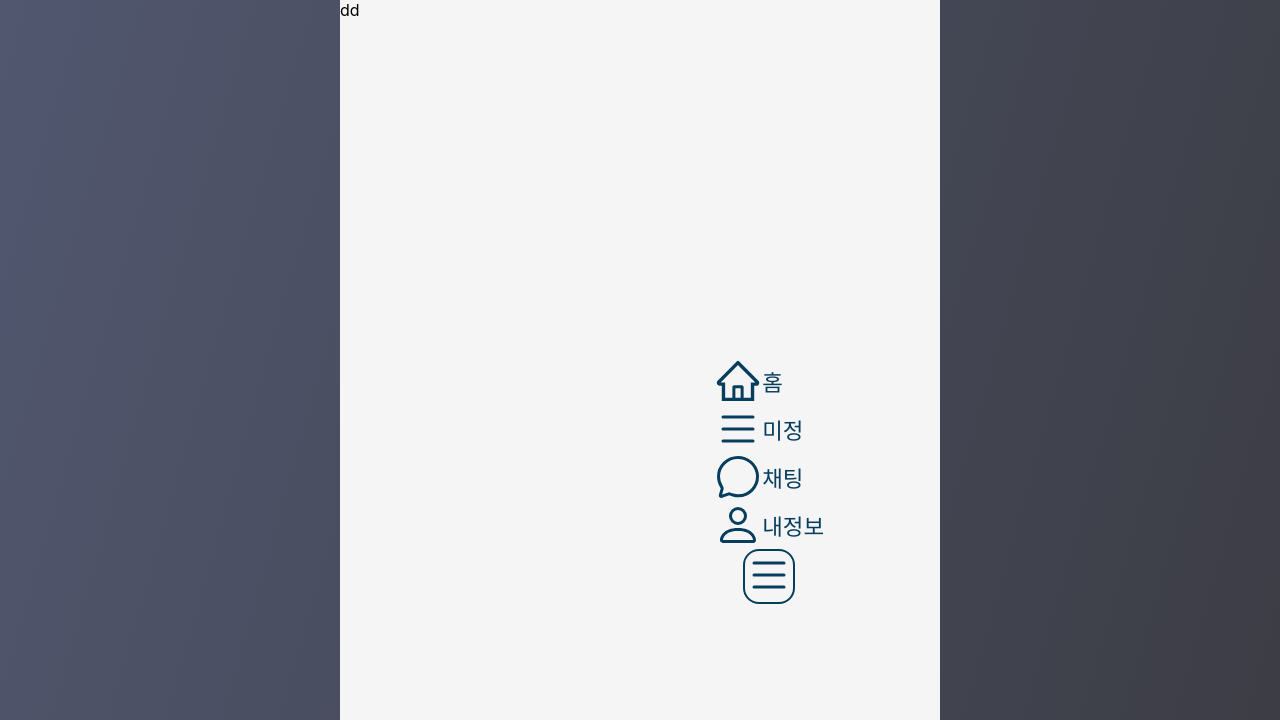
Repository: SeungYn/hanium
Page: /
An editor plug-in stored every save of this project. The page is shown before and after the next save, followed by the edit.
The browser window is 1280 px wide. The pictures show the whole page.
The project was rebuilt for these pictures with package versions that can differ from the ones it lists, and the page was loaded fresh each time. Also part of the build but not shown: src/App.css, src/components/ReadPopup/ReadPopup.module.css, src/components/ReadPopup/ReadPopup.jsx, src/pages/login/Login.jsx.

Above is the page before, as saved 2022-10-27 13:58:40.

### src/index.js
import React from 'react';
import ReactDOM from 'react-dom/client';
import './index.css';
import App from './App';

import { AuthErrorEventBus, AuthProvider } from './context/AuthContext';
import TokenStorage from './db/token';
import HttpClient from './network/http';
import AuthService from './service/auth';

const baseURL = 'https://d4a8ab3f9df191.lhr.life';
const tokenStorage = new TokenStorage();
const authErrorEventBus = new AuthErrorEventBus();
const httpClient = new HttpClient(baseURL, authErrorEventBus, tokenStorage);
const authService = new AuthService(httpClient, tokenStorage);

const root = ReactDOM.createRoot(document.getElementById('root'));
root.render(
  <React.StrictMode>
    <AuthProvider
      authService={authService}
      authErrorEventBus={authErrorEventBus}
      tokenStorage={tokenStorage}
    >
      <App authService={authService} />
    </AuthProvider>
  </React.StrictMode>
);

### src/index.css
:root {
  --color-darkBlue: #073d5d;
  --color-main: #42a5f5;
  --color-bg-dark: #f5f5f5;
  --color-bg: #fdfffd;
  --color-font: #073d5d;
  --color-accent: #073d5d;
  --color-font-accent: white;
  --color-error-bg: rgba(173, 173, 173, 0.401);
  --color-popup-bg: white;
  /* 사이즈 */
  --font-size-medium: 1.4rem;
  --font-size-small: 1rem;
}

* {
  box-sizing: border-box;
}

html,
body {
  height: 100%;
  width: 100%;
  margin: 0;
  background: rgb(81, 87, 111);
  background: linear-gradient(
    106deg,
    rgba(81, 87, 111, 1) 0%,
    rgba(60, 61, 69, 1) 100%
  );
  accent-color: var(--color-accent);
}
a {
  text-decoration: none;
  color: var(--color-font);
}
ul {
  padding: 0;
  margin: 0;
  list-style: none;
}
#root {
  height: 100%;
  width: 100%;
  max-width: 600px;
  background-color: var(--color-bg-dark);
  margin: auto;
  display: flex;
  flex-direction: column;
  position: relative;
}

button {
  cursor: pointer;
}
body {
  margin: 0;
  font-family: -apple-system, BlinkMacSystemFont, 'Segoe UI', 'Roboto', 'Oxygen',
    'Ubuntu', 'Cantarell', 'Fira Sans', 'Droid Sans', 'Helvetica Neue',
    sans-serif;
  -webkit-font-smoothing: antialiased;
  -moz-osx-font-smoothing: grayscale;
}

code {
  font-family: source-code-pro, Menlo, Monaco, Consolas, 'Courier New',
    monospace;
}

### src/App.js
import { useCallback } from 'react';
import { createBrowserRouter, RouterProvider } from 'react-router-dom';
import './App.css';
import FirstPage from './pages/firstPage/FirstPage';
import Root from './pages/Root';

// const router = createBrowserRouter([
//   {
//     path: '/',
//     element: <Root />,
//     children: [],
//   },
// ]);

function App({ authService }) {
  const router = useCallback(
    createBrowserRouter([
      {
        path: '/',
        element: <Root />,
        children: [
          { index: true, element: <FirstPage authService={authService} /> },
        ],
      },
    ]),
    [authService]
  );
  return <RouterProvider router={router} />;
}

export default App;

### src/context/AuthContext.jsx
import {
  createContext,
  createRef,
  useCallback,
  useContext,
  useEffect,
  useImperativeHandle,
  useMemo,
  useState,
} from 'react';
import ReadPopup from '../components/ReadPopup/ReadPopup';

import Login from '../pages/login/Login';

const AuthContext = createContext({});

const contextRef = createRef();

export function AuthProvider({
  authService,
  authErrorEventBus,
  children,
  tokenStorage,
}) {
  const [user, setUser] = useState(1);
  const [error, setError] = useState(null);

  const context = useMemo(() => ({}), []);

  const onLogin = async ({ loginId, password }) => {
    await authService
      .headerTokenLogin(loginId, password)
      .then((data) => {
        console.log(data);
        tokenStorage.saveUser({
          memberId: data.memberId,
          nickname: data.nickname,
        });
        setUser({ memberId: data.memberId, nickName: data.nickname });
        console.log(tokenStorage.getUser());
        return;
      })
      .catch((error) => {
        setError(error);
      });
  };

  const logout = useCallback(
    async () =>
      await authService.logout().then(() => {
        setUser(undefined);
      }),
    [authService]
  );

  useEffect(() => {
    authErrorEventBus.listen((err) => {
      console.log('err');
      console.log(err);
      setError(err);
      setUser(undefined);
      authService.logout();
    });
  }, [authErrorEventBus]);

  useEffect(() => {
    if (tokenStorage.getUser()) {
      setUser({ ...tokenStorage.getUser() });

      //nav('/');
    }

    //setUser({ token: localStorage.getItem('TOKEN') });
  }, []);

  return (
    <AuthContext.Provider value={context}>
      {user ? (
        children
      ) : (
        <>
          {error && (
            <ReadPopup content={error} onHandler={setError} type={'error'} />
          )}
          <Login authService={authService} onLogin={onLogin} />
        </>
      )}
    </AuthContext.Provider>
  );
}

export class AuthErrorEventBus {
  listen(callback) {
    this.callback = callback;
  }
  notify(error) {
    this.callback(error);
  }
}

export default AuthContext;
export const fetchToken = () => contextRef.current;
export const useAuth = () => useContext(AuthContext);

### src/db/token.js
const TOKEN = 'token';
const USER = 'user';
const USERNICKNAME = 'userNickName';
export default class TokenStorage {
  saveToken(token) {
    localStorage.setItem(TOKEN, token);
  }

  getToken() {
    return localStorage.getItem(TOKEN);
  }

  saveUser(user) {
    console.log(user);
    localStorage.setItem(USER, JSON.stringify(user));
    console.log(localStorage.getItem(USER));
  }

  getUser() {
    return JSON.parse(localStorage.getItem(USER));
  }

  clearToken() {
    console.log('토큰삭제');
    localStorage.clear(TOKEN);
  }
  clearUser() {
    console.log('유저삭제');
    localStorage.clear(USER);
  }
}

### src/network/http.js
export default class HttpClient {
  constructor(baseURL, authErrorEventBus, tokenStorage) {
    this.baseURL = baseURL;
    this.authErrorEventBus = authErrorEventBus;
    this.tokenStorage = tokenStorage;
  }

  async fetch(url, options) {
    console.log(`${this.baseURL}${url}`);
    let res = undefined;
    try {
      res = await fetch(`${this.baseURL}${url}`, {
        ...options,
        headers: {
          'Content-Type': 'application/json',
          ...options.headers,
        },
      });
    } catch (e) {
      const err = new Error('서버와 연결이 안됩니다.');
      throw err;
    }

    console.log(123);
    console.log(res);
    if (res.headers.get('Authorization')) {
      this.tokenStorage.saveToken(
        res.headers.get('Authorization').split(' ')[1]
      );
    }

    let data;
    console.log(res.headers);
    try {
      data = await res.json();
    } catch (error) {
      console.error('데이터 없어서 에러');
    }
    console.log(res);
    if (res.status > 299 || res.status < 200) {
      const message =
        data && data.message ? data.message : 'Something went wrong! 🤪';

      let error = new Error(message);

      if (res.status === 401) {
        console.log('401에러');
        error = new Error('로그인 정보가 잘 못 됐습니다.');
        this.authErrorEventBus.notify(error);
        return;
      }
      if (res.status === 400) {
        error.name = data.code ? data.code : '에러코드 등록 필요';
        console.log(error.message);
        throw error;
      }
      throw error;
    }

    return data;
  }
}

### src/service/auth.js
export default class AuthService {
  constructor(http, tokenStorage) {
    this.http = http;
    this.tokenStorage = tokenStorage;
  }

  //내 정보
  async getMyInfo() {
    const data = await this.http.fetch('/user', {
      method: 'GET',
      headers: this.getHeaders(),
    });
    return data;
  }

  //노드 /signup
  //스프링 /join
  async signup({
    nickname,
    loginId,
    password,
    email,
    sex,
    university,
    dept,
    sno,
  }) {
    console.log(nickname, loginId, password, email, sex, university, dept, sno);
    const data = await this.http.fetch('/auth/join', {
      method: 'POST',
      body: JSON.stringify({
        nickname,
        password,
        loginId,
        email,
        sex,
        university,
        dept,
        sno,
      }),
    });
    //this.tokenStorage.saveToken(data.token);
    return data;
  }

  //헤더로 토큰 받고 로그인
  async headerTokenLogin(loginId, password) {
    console.log(loginId, password);
    const data = await this.http.fetch(`/auth/login`, {
      method: 'POST',
      body: JSON.stringify({ loginId, password }),
    });
    // const res = await fetch(`${this.http.baseURL}/login`, {
    //   method: 'POST',
    //   headers: {
    //     'Content-Type': 'application/json',
    //   },
    //   body: JSON.stringify({ loginId, password }),
    // });

    // let data;
    // try {
    //   data = await res.json();
    // } catch (error) {
    //   console.error(error);
    // }

    // if (res.status > 299 || res.status < 200) {
    //   console.log('승유');
    //   const message =
    //     data && data.message ? data.message : 'Something went wrong! 🤪';
    //   const error = new Error(message);
    //   console.error('error = ', error);

    //   if (res.status === 401) {
    //     this.authErrorEventBus.notify(error);
    //   }
    //   if (res.status === 400) {
    //     error.name = data.code ? data.code : '에러코드 등록 필요';
    //     console.log(error.message);
    //     throw error;
    //   }
    //   throw error;
    // }
    // const token = res.headers.get('Authorization').split(' ')[1];
    // this.tokenStorage.saveToken(token);

    return data;
  }

  //노드서버 /idDuplicate
  //스프링서버 /duplicate-loginId
  async idDuplicateVerification(loginId) {
    const data = await this.http.fetch(`/auth/duplicate-loginId`, {
      method: 'POST',
      body: JSON.stringify({ loginId }),
    });
    return data;
  }

  async nicknameDuplicateVerification(nickname) {
    const data = await this.http.fetch(`/auth/duplicate-nickname`, {
      method: 'POST',
      body: JSON.stringify({ nickname }),
    });
    return data;
  }

  //이메일로 인증번호 받기
  async getEmailAuthenticationNumber(email) {
    console.log(email);
    const data = await this.http.fetch('/auth/mail-auth', {
      method: 'POST',
      body: JSON.stringify({
        email,
      }),
    });
    return data;
  }

  //인증번호 확인
  async authenticationNumberVerification(number) {
    const data = await this.http.fetch('/auth/mailcode-auth', {
      method: 'POST',
      body: JSON.stringify({
        code: number,
      }),
    });
    return data;
  }
  //노드서버 auth/login
  async login(loginId, password) {
    const data = await this.http.fetch('/auth/login', {
      method: 'POST',
      body: JSON.stringify({ loginId, password }),
    });
    this.tokenStorage.saveToken(data.token);
    return data;
  }

  async test() {
    const data = await this.http.fetch('/user', {
      method: 'GET',
      headers: this.getHeaders(),
    });
    return data;
  }

  async me() {
    const token = this.tokenStorage.getToken();
    return this.http.fetch('/me', {
      method: 'GET',
      headers: { Authorization: `Bearer ${token}` },
    });
  }

  async logout() {
    this.tokenStorage.clearToken();
    this.tokenStorage.clearUser();
  }

  getHeaders() {
    const token = this.tokenStorage.getToken();
    return {
      Authorization: `Bearer ${token}`,
    };
  }
}

### src/pages/firstPage/FirstPage.jsx
import React from 'react';

export default function FirstPage() {
  return <div>dd</div>;
}

### src/pages/Root.jsx
import React from 'react';
import { Outlet } from 'react-router-dom';
import Navbar from '../components/Navbar/Navbar';

export default function Root() {
  return (
    <>
      <Outlet />
      <Navbar />
    </>
  );
}

### src/components/Navbar/Navbar.jsx
import React, { useRef, useState } from 'react';
import { NavLink } from 'react-router-dom';
import styles from './Navbar.module.css';
import { AiOutlineHome } from 'react-icons/ai';
import { BsList, BsPerson } from 'react-icons/bs';
import { IoChatbubbleOutline } from 'react-icons/io5';
import { IconContext } from 'react-icons';

export default function Navbar() {
  const navMenuRef = useRef();
  const [navToggle, setNavToggle] = useState(false);
  const handleBtn = (e) => {
    setNavToggle((t) => !t);
  };
  console.log(navToggle ? styles.navAppear : styles.navDisappear);
  return (
    <nav className={styles.nav}>
      <IconContext.Provider value={{ className: styles.reactIcon }}>
        <div
          ref={navMenuRef}
          className={`${styles.navMenu} ${
            navToggle ? styles.navAppear : styles.navDisappear
          }`}
        >
          <NavLink
            to='/'
            className={({ isActive }) =>
              isActive
                ? `${styles.active} ${styles.link}`
                : `${styles.unactive} ${styles.link}`
            }
          >
            <AiOutlineHome />
            <span className={styles.text}>홈</span>
          </NavLink>

          <NavLink
            to='/1'
            className={({ isActive }) =>
              isActive
                ? `${styles.active} ${styles.link}`
                : `${styles.unactive} ${styles.link}`
            }
          >
            <BsList />
            <span className={styles.text}>미정</span>
          </NavLink>

          <NavLink
            to='/2'
            className={({ isActive }) =>
              isActive
                ? `${styles.active} ${styles.link}`
                : `${styles.unactive} ${styles.link}`
            }
          >
            <IoChatbubbleOutline />
            <span className={styles.text}>채팅</span>
          </NavLink>

          <NavLink
            to='/3'
            className={({ isActive }) =>
              isActive
                ? `${styles.active} ${styles.link}`
                : `${styles.unactive} ${styles.link}`
            }
          >
            <BsPerson />
            <span className={styles.text}>내정보</span>
          </NavLink>
        </div>
        <button className={styles.btn} onClick={handleBtn}>
          <BsList />
        </button>
      </IconContext.Provider>
    </nav>
  );
}

### src/pages/login/Login.module.css
button {
  outline: none;
  border: none;
  color: var(--color-font);
  border: 2px solid var(--color-font);
  padding: 0.4rem 0;
  background-color: transparent;
  border-radius: 1rem;
}

button:hover {
  background-color: var(--color-accent);
  color: var(--color-font-accent);
}

.container {
  display: flex;
  flex-direction: column;
  overflow-y: auto;
  align-items: center;
  width: 100%;
}
.authTitle {
  width: 100%;
  text-align: center;
  color: var(--color-font);
}
.authForm {
  width: 100%;
}

.authForm__itemList .authForm__item,
.authForm__itemList .authForm__emailGroup {
  margin-top: 0.6rem;
}

.authForm__emailGroup {
  display: flex;
}

.emailBtn {
  flex: 0 0 20%;
  font-size: var(--font-size-small);
}

label[for='signup'] {
  cursor: pointer;
}

.form_signup {
  margin-top: 0.6rem;
  text-align: center;
}

.auth_btn {
  margin-top: 0.6rem;
  width: 100%;
  font-size: var(--font-size-medium);
  outline: none;
  border: none;
  color: var(--color-font);
  border: 2px solid var(--color-font);
  padding: 0.4rem 0;
  background-color: transparent;
  border-radius: 1rem;
}

.auth_btn:hover {
  background-color: var(--color-accent);
  color: var(--color-font-accent);
}

### src/components/Navbar/Navbar.module.css
.nav {
  position: absolute;
  bottom: 1rem;
  right: 1rem;
  font-size: var(--font-size-medium);
  text-align: center;
  display: flex;
  flex-direction: column;
  margin: 100px;
  align-items: center;
}

.link {
  display: flex;
  align-items: center;
}

.link:hover {
  color: black;
}

.navMenu {
  /* opacity: 0;
  pointer-events: none;
  transition: all 0.1s ease-out; */

  transition: height 1s ease-out;
  overflow: hidden;

  min-height: 0;
  height: 50;
}

.navAppear {
}

.navDisappear {
}

.reactIcon {
  font-size: 3rem;
}

.btn {
  padding: 0;
}

/* @keyframes listUp {
  0% {
    height: 0%;
  }
  50% {
    height: 50%;
  }
  100% {
    height: 100%;
  }
} */

Loaded but not shown: public/index.html (common file)

After the next save:
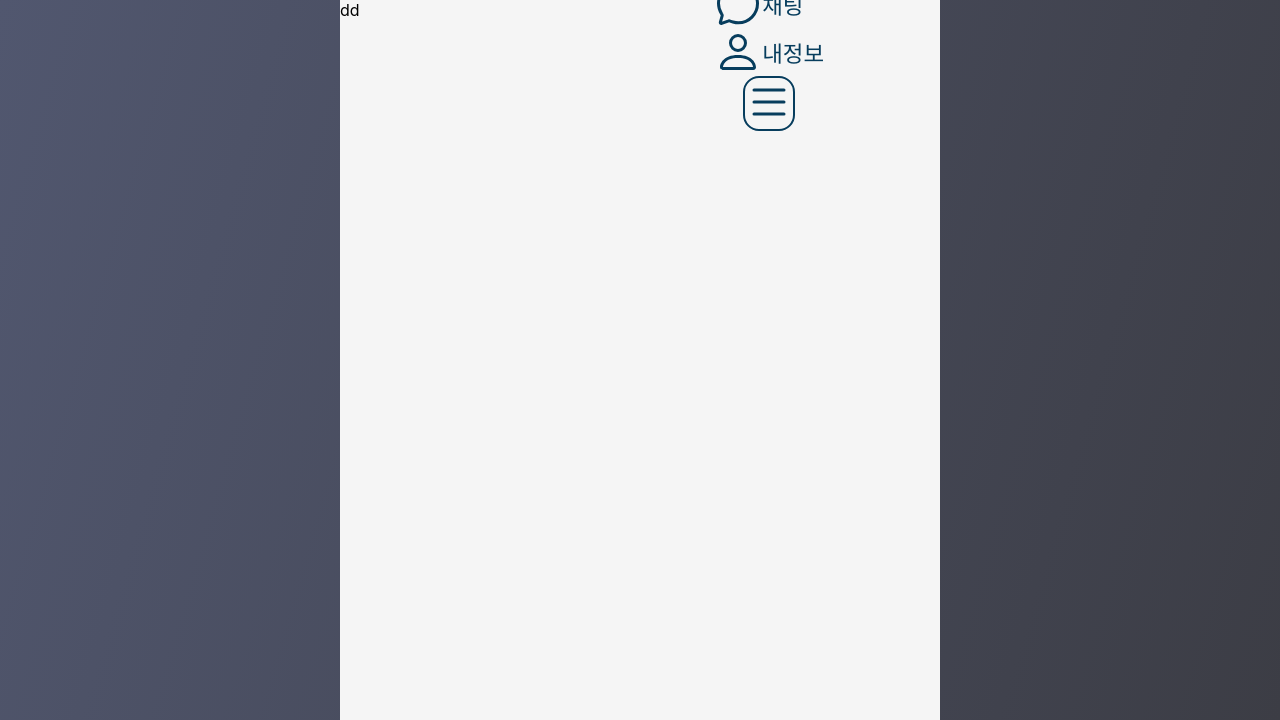
Saved 50 s later.
--- a/src/components/Navbar/Navbar.module.css
+++ b/src/components/Navbar/Navbar.module.css
@@ -8,7 +8,7 @@
   flex-direction: column;
   margin: 100px;
   align-items: center;
-}
+  height:100%;
 
 .link {
   display: flex;
